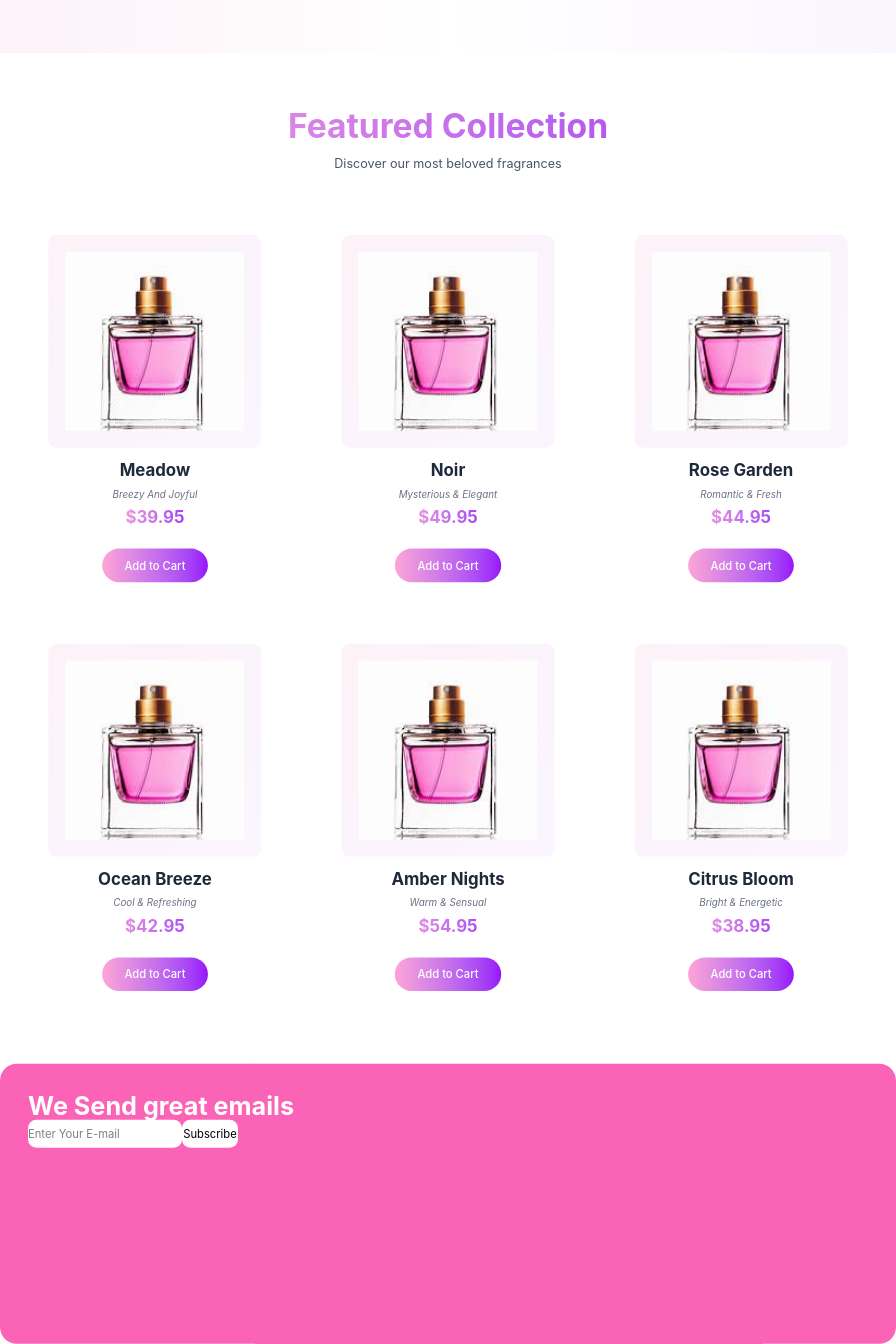
Repository: kiran2k5-ai/E-Commerce-Perfume
Page: /
An editor plug-in stored every save of this project. The page is shown before and after a run of saves, followed by the edit.
The browser window is 1280 px wide. The pictures show the part of the page from y = 904 to 2824 px (the page is 2824 px tall), at 70% of full size.
The project was rebuilt for these pictures with package versions that can differ from the ones it lists, and the page was loaded fresh each time. Also part of the build but not shown: vite.config.js.

Above is the page before, as saved 2026-02-04 12:41:20.

### index.html
<!doctype html>
<html lang="en">
  <head>
    <meta charset="UTF-8" />
    <link rel="icon" type="image/svg+xml" href="/vite.svg" />
    <meta name="viewport" content="width=device-width, initial-scale=1.0" />
    <title>perfume-ecommerce</title>
  </head>
  <body>
    <div id="root"></div>
    <script type="module" src="/src/main.jsx"></script>
  </body>
</html>

### src/index.css
@import "tailwindcss";

@layer base {
  * {
    scroll-behavior: smooth;
  }

  body {
    font-family: 'Inter', 'Segoe UI', Tahoma, Geneva, Verdana, sans-serif;
    -webkit-font-smoothing: antialiased;
    -moz-osx-font-smoothing: grayscale;
  }
}

@layer utilities {
  .animate-fade-in {
    animation: fadeIn 1.5s ease-in-out;
  }

  @keyframes fadeIn {
    from {
      opacity: 0;
      transform: translateY(30px);
    }
    to {
      opacity: 1;
      transform: translateY(0);
    }
  }
}

### src/App.jsx
import { useState } from 'react'
import './App.css'
import Navbar from './components/Navbar'
import Home from './pages/Home'

function App() {
  const [count, setCount] = useState(0)

  return (
    <>
      <Navbar></Navbar>
      <Home></Home>
    </>
  )
}

export default App

### src/components/Navbar.jsx
import React from 'react'

const Navbar = () => {
  return (
    <nav className=" fixed w-full bg-pink-100 z-50 left-0 md:px-16 py-4 rounded-4xl">
      <div className="flex items-center justify-between">

        <div className="flex gap-6">
          <a href="#" className="hover:underline">Shop</a>
          <a href="#" className="hover:underline">About</a>
        </div>

        <div className="font-semibold text-2xl">
          Perfume
        </div>

        <div className="flex gap-6">
          <a href="#" className="hover:underline">Blog</a>
          <a href="#" className="hover:underline">Contact</a>
        </div>

      </div>
    </nav>
  )
}

export default Navbar

### src/pages/Home.jsx
import React from 'react'
import { Swiper, SwiperSlide } from "swiper/react";
import { Mousewheel } from "swiper/modules";
import Gridbox from '../components/Gridbox';
import Footer from '../components/Footer';
import "swiper/css";

const Home = () => {
  const products = [
    { id: 1, name: "Meadow", description: "Breezy And Joyful", price: "$39.95", image: "src/images/image2.jpg" },
    { id: 2, name: "Noir", description: "Mysterious & Elegant", price: "$49.95", image: "src/images/image2.jpg" },
    { id: 3, name: "Rose Garden", description: "Romantic & Fresh", price: "$44.95", image: "src/images/image2.jpg" },
    { id: 4, name: "Ocean Breeze", description: "Cool & Refreshing", price: "$42.95", image: "src/images/image2.jpg" },
    { id: 5, name: "Amber Nights", description: "Warm & Sensual", price: "$54.95", image: "src/images/image2.jpg" },
    { id: 6, name: "Citrus Bloom", description: "Bright & Energetic", price: "$38.95", image: "src/images/image2.jpg" },
  ];

  return (
    <>
    {/* Hero Section */}
    <div className='relative h-screen overflow-hidden'>
      <div className="absolute inset-0 bg-gradient-to-br from-pink-200/30 via-purple-200/30 to-blue-200/30"></div>
      <img src="src\images\image3.jpg" alt="Hero" className='mt-10 absolute inset-0 w-full h-full object-cover mix-blend-overlay'/>
      <div className='absolute inset-0 flex flex-col items-center justify-center text-white px-6'>
        <h1 className='text-7xl md:text-7xl font-bold text-center leading-tight mb-6 animate-fade-in'>
          Elevate EveryDay<br />
          Moments To<br />
          <span className='bg-gradient-to-r from-pink-300 to-purple-300 bg-clip-text text-transparent'>Extraordinary</span>
        </h1>
        <p className='text-xl md:text-2xl text-gray-100 mt-4 font-light tracking-wide'>Discover Your Signature Scent</p>
        <button className='mt-10 px-10 py-4 bg-white text-gray-800 rounded-full font-semibold text-lg hover:bg-pink-100 hover:scale-105 transition-all duration-300 shadow-2xl'>
          Explore Collection
        </button>
      </div>
    </div>

    {/* Brand Showcase */}
    <div className="bg-gradient-to-r from-pink-50 via-white to-purple-50 py-20">
      <div className="max-w-7xl mx-auto px-8">
        <h2 className="text-center text-gray-400 uppercase tracking-widest text-sm mb-10 font-semibold">Featured Brands</h2>
        <div className="flex items-center justify-between flex-wrap gap-8 text-gray-700">
          <h1 className="font-light italic text-4xl hover:text-pink-600 transition-colors cursor-pointer">flow</h1>
          <h1 className="font-semibold tracking-wide text-4xl hover:text-pink-600 transition-colors cursor-pointer">NINO</h1>
          <h1 className="font-medium text-4xl hover:text-pink-600 transition-colors cursor-pointer">InTrend</h1>
          <h1 className="font-bold text-4xl hover:text-pink-600 transition-colors cursor-pointer">JUNE</h1>
          <h1 className="font-semibold tracking-widest text-4xl hover:text-pink-600 transition-colors cursor-pointer">ZINE</h1>
          <h1 className="font-extrabold text-4xl hover:text-pink-600 transition-colors cursor-pointer">MAX</h1>
        </div>
      </div>
    </div>

    {/* Featured Products Section */}
    <div className="bg-white py-20">
      <div className="max-w-7xl mx-auto px-8">
        <div className="text-center mb-16">
          <h2 className="text-5xl font-bold bg-gradient-to-r from-pink-300 to-purple-600 bg-clip-text text-transparent mb-4">
            Featured Collection
          </h2>
          <p className="text-gray-600 text-lg">Discover our most beloved fragrances</p>
        </div>

        <div className="grid grid-cols-1 md:grid-cols-2 lg:grid-cols-3 gap-10">
          {products.map((product) => (
            <Gridbox
              key={product.id}
              name={product.name}
              description={product.description}
              price={product.price}
              image={product.image}
            />
          ))}
        </div>
      </div>
    </div>
    <Footer></Footer>

    </>
  )
}

export default Home

### src/components/Gridbox.jsx
import React from 'react'

const Gridbox = ({ image, name, description, price }) => {
  return (
    <div className="group flex flex-col items-center text-center gap-4 p-6 rounded-2xl bg-white hover:shadow-2xl transition-all duration-500 transform hover:-translate-y-2">

      <div className="relative overflow-hidden rounded-xl bg-gradient-to-br from-pink-50 to-purple-50 p-6">
        <img
          src={image}
          alt={name}
          className="w-64 h-64 object-cover transition-transform duration-500 group-hover:scale-110"
        />
        <div className="absolute inset-0 bg-gradient-to-t from-black/10 to-transparent opacity-0 group-hover:opacity-100 transition-opacity duration-300"></div>
      </div>

      <div className="space-y-2">
        <h2 className="text-2xl font-bold text-gray-800">{name}</h2>
        <p className="text-sm text-gray-500 italic">{description}</p>
        <p className="text-2xl font-bold bg-gradient-to-r from-pink-300 to-purple-600 bg-clip-text text-transparent">{price}</p>
      </div>

      <button
        className="mt-3 px-8 py-3 bg-gradient-to-r from-pink-300 to-purple-600 text-white rounded-full hover:shadow-lg hover:scale-105 transition-all duration-300 font-medium"
      >
        Add to Cart
      </button>

    </div>
  )
}

export default Gridbox

### src/components/Footer.jsx
import React from 'react'

const Footer = () => {
  return (
    <div className='flex justify-center'>
      <div className='h-100 w-350 bg-pink-400 rounded-3xl'>
        <div className='mt-10 ml-10 '>
            <h2 className='font-bold text-4xl  text-white'>We Send great emails</h2>
            <input type="text" className='bg-white rounded-xl w-55 h-10 text-black' placeholder='Enter Your E-mail'/>
            <button className='bg-white w-20 h-10 rounded-xl text-black'>Subscribe</button>
        </div>
      </div>
    </div>
  )
}

export default Footer

Loaded but not shown: src/main.jsx (common file); src/App.css (common file)

After the next 3 saves:
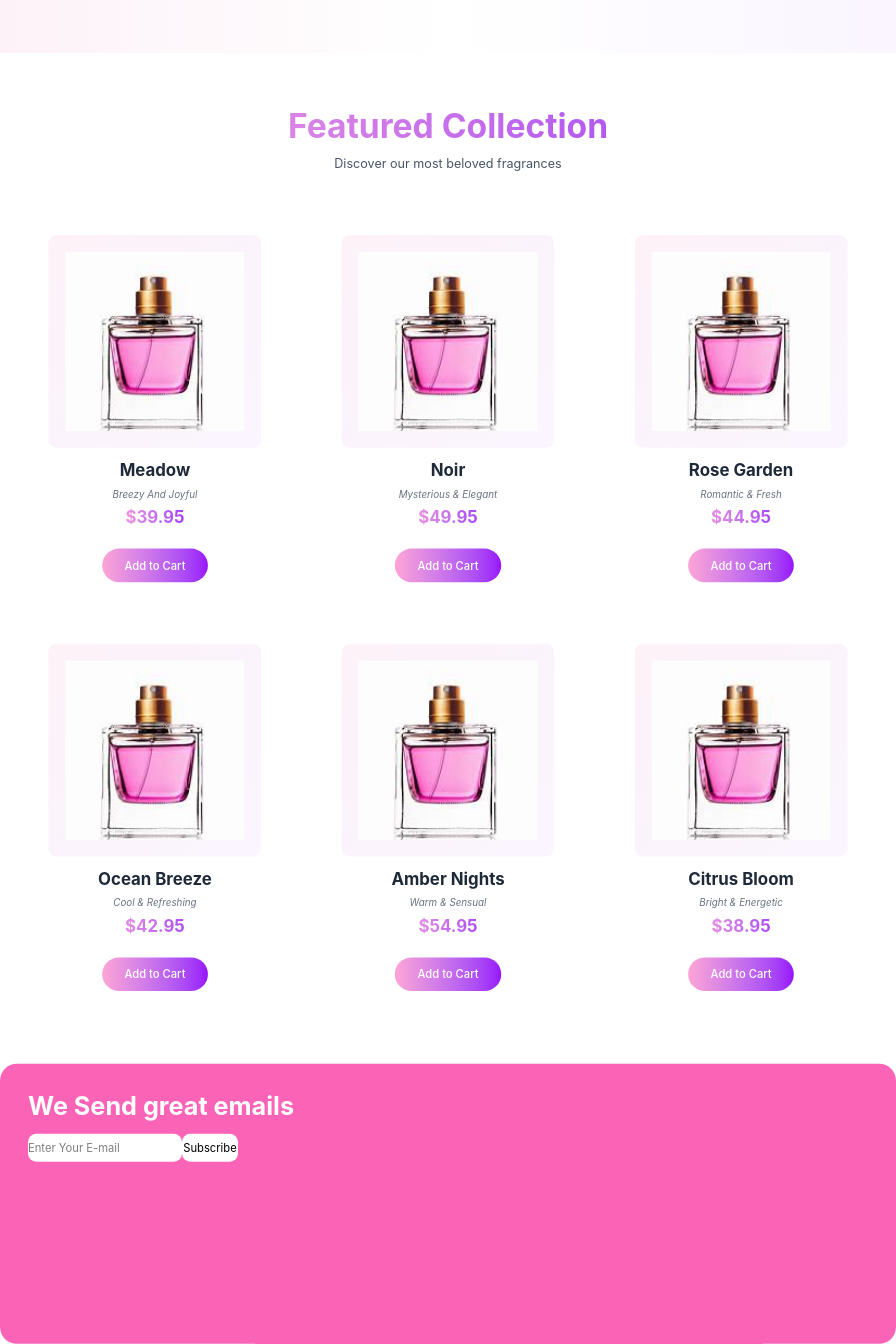
The 3 saves are shown as one change because they came seconds apart.
The last was saved 10 s later.
--- a/src/components/Footer.jsx
+++ b/src/components/Footer.jsx
@@ -6,7 +6,7 @@ const Footer = () => {
       <div className='h-100 w-350 bg-pink-400 rounded-3xl'>
         <div className='mt-10 ml-10 '>
             <h2 className='font-bold text-4xl  text-white'>We Send great emails</h2>
-            <input type="text" className='bg-white rounded-xl w-55 h-10 text-black' placeholder='Enter Your E-mail'/>
+            <input type="text" className='bg-white rounded-xl w-55 h-10 text-black mt-5' placeholder='Enter Your E-mail'/>
             <button className='bg-white w-20 h-10 rounded-xl text-black'>Subscribe</button>
         </div>
       </div>
